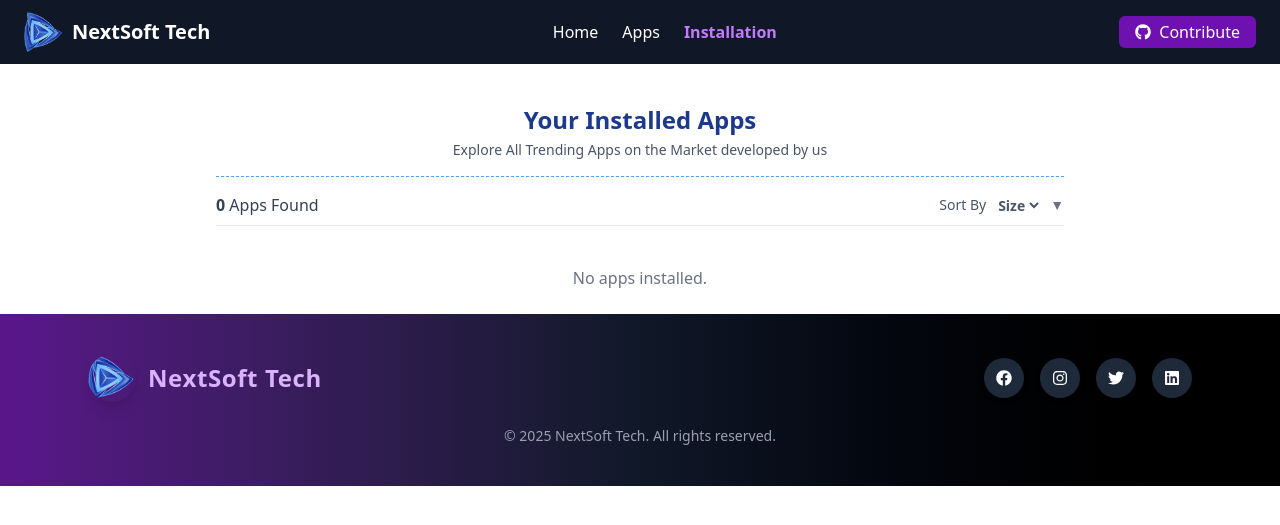
Repository: chayanatik1994/NextSoft
Page: /installation
The author's editor kept a copy of each file at every save. The page is drawn from the files as they stood at one save, then again after the next save.
The browser window is 1280 px wide. The pictures show the whole page.
The project was rebuilt for these pictures with package versions that can differ from the ones it lists, and the page was loaded fresh each time. Also part of the build but not shown: vite.config.js, src/Components/TrendingApps/TrendingApps.jsx, src/Pages/Home/Home.jsx, src/Pages/NotFoundPage/ErrorPage.jsx, src/Pages/AllAppsPage/AllAppsPage.jsx, src/Components/RatingChart.jsx, src/Components/AppDescription.jsx, src/Pages/AllAppsPage/AppDetails.jsx.

Above is the page before, as saved 2025-10-29 00:40:41.

### index.html
<!doctype html>
<html lang="en">
  <head>
    <meta charset="UTF-8" />
    <link rel="icon" type="image/svg+xml" href="/vite.svg" />
    <meta name="viewport" content="width=device-width, initial-scale=1.0" />
    <title>nextsoft</title>
  </head>
  <body>
    <div id="root"></div>
    <script type="module" src="/src/main.jsx"></script>
  </body>
</html>

### src/main.jsx
import { StrictMode } from 'react'
import { createRoot } from 'react-dom/client'
import './index.css'
import { router } from './Routes/Routes.jsx'
import { RouterProvider } from 'react-router';

createRoot(document.getElementById('root')).render(
  <StrictMode>
    <RouterProvider router={router} />
  </StrictMode>
)

### src/Routes/Routes.jsx
import React from "react";
import { createBrowserRouter } from "react-router";
import Root from "../Pages/Root/Root";
import Home from "../Pages/Home/Home";
import ErrorPage from "../Pages/NotFoundPage/ErrorPage";
import AllAppsPage from "../Pages/AllAppsPage/AllAppsPage";
import AppDetails from "../Pages/AllAppsPage/AppDetails";
import MyInstallations from "../Pages/MyInstallations";


export const router = createBrowserRouter([
  {
    path: "/",
    element: <Root />,
    errorElement: <ErrorPage />,
    children: [
      {
        index: true,
        loader: () => fetch("/appsData.json"),
        element: <Home />,
      },
      {
        path: "/apps",
        element: <AllAppsPage />,
      },
      {
        path: "/apps/:id",
        element: <AppDetails />,
      },
      {
        path: "/installation",
        element: <MyInstallations/>
      },
    ],
  },
]);

### src/Pages/Root/Root.jsx
import React, { useState, useEffect } from 'react';
import Header from '../../Components/Header/Footer/Header';
import Footer from '../../Components/Header/Footer/Footer';
import { Outlet } from 'react-router';
import SpinnerLoading from '../../Components/SpinnerLoading';


const Root = () => {
   const [loading, setLoading] = useState(true);
  useEffect(() => {
    setTimeout(() => {
        setLoading(false);
    }, 2000);
  }, []);

  return (
    <div className="flex flex-col min-h-screen bg-white">
      <Header />
        <main>
        {loading ? (
          <div className="flex justify-center items-center w-full h-screen">
              <SpinnerLoading />
          </div>
        ) : (
          <Outlet />
        )}
        </main>
      <Footer />
    </div>
  );
};

export default Root;

### src/Pages/MyInstallations.jsx
import React, { useEffect, useState } from "react";

const MyInstallations = () => {
  const [installedApps, setInstalledApps] = useState([]);
  const [loading, setLoading] = useState(true);
  const [error, setError] = useState(null);

  useEffect(() => {
    const fetchInstalledApps = async () => {
      try {
        // 1. LocalStorage se 'installedApps' array mein stored IDs fetch karein
        const storedAppIds = JSON.parse(localStorage.getItem("installedApps")) || [];

        // Agar koi ID nahi hai, toh loading band kar dein
        if (storedAppIds.length === 0) {
            setInstalledApps([]);
            setLoading(false);
            return;
        }
        const response = await fetch('/appsData.json');

        if (!response.ok) {
          throw new Error(`HTTP error! status: ${response.status}`);
        }

        const data = await response.json();
        const allApps = data.apps || [];
        const filteredApps = allApps.filter(app =>
            storedAppIds.some(storedApp => storedApp.id === app.id)
        );

        setInstalledApps(filteredApps);
      } catch (e) {
        console.error("Error fetching or parsing app data:", e);
        setError("Failed to load app data.");
      } finally {
        setLoading(false);
      }
    };

    fetchInstalledApps();
  }, []);

  const handleUninstall = (appId) => {
    // 1. State aur LocalStorage se app ko remove karein
    const updatedApps = installedApps.filter((app) => app.id !== appId);
    setInstalledApps(updatedApps);

    // 2. Installed Apps IDs ko LocalStorage mein update karein
    // Hum assume karte hain ki localStorage mein full app objects nahi, sirf IDs store hain
    // agar aapke purane code ki tarah full objects store hain, toh uss hisaab se logic badal dijiye.
    const storedApps = JSON.parse(localStorage.getItem("installedApps")) || [];
    const updatedStoredApps = storedApps.filter((app) => app.id !== appId);
    localStorage.setItem("installedApps", JSON.stringify(updatedStoredApps));

    alert("App uninstalled successfully!");
  };

  const renderStars = (rating) => (
    <span className="flex items-center text-yellow-500">
      <svg
          xmlns="http://www.w3.org/2000/svg"
          className="h-4 w-4 fill-current mr-1"
          viewBox="0 0 20 20"
          fill="currentColor">
          <path d="M9.049 2.927c.3-.921 1.603-.921 1.902 0l1.07 3.292a1 1 0 00.95.69h3.462c.969 0 1.371 1.24.588 1.81l-2.8 2.034a1 1 0 00-.364 1.118l1.07 3.292c.3.921-.755 1.688-1.54 1.118l-2.8-2.034a1 1 0 00-1.175 0l-2.8 2.034c-.784.57-1.838-.197-1.539-1.118l1.07-3.292a1 1 0 00-.364-1.118L2.98 8.721c-.783-.57-.381-1.81.588-1.81h3.461a1 1 0 00.951-.69l1.07-3.292z" />
      </svg>
      {rating}
    </span>
  );

  if (loading) {
    return <div className="p-6 max-w-4xl mx-auto text-center text-gray-500">Loading installed apps...</div>;
  }

  if (error) {
    return <div className="p-6 max-w-4xl mx-auto text-center text-red-500">Error: {error}</div>;
  }

  return (
    <div className="p-6 max-w-4xl mx-auto font-sans">
        {/* Header Section Matching Screenshot */}
        <div className="border-b border-dashed border-blue-400 pb-4 mb-4 pt-4 text-center">
            <h1 className="text-2xl font-extrabold mb-1 text-blue-900">Your Installed Apps</h1>
            <p className="text-gray-600 text-sm">Explore All Trending Apps on the Market developed by us</p>
        </div>

        {/* App Count and Sort Section */}
        <div className="flex justify-between items-center pb-2 border-b border-gray-200">
            <h2 className="text-base font-normal text-gray-700">
                <span className="font-bold">{installedApps.length}</span> Apps Found
            </h2>
            <div className="flex items-center space-x-2 text-sm text-gray-600">
                <span>Sort By</span>
                <select id="sort" className="border-none focus:outline-none bg-transparent font-semibold cursor-pointer">
                    <option>Size</option>
                </select>
                <span className="text-gray-500">▼</span>
            </div>
        </div>

        {/* List of Installed Apps */}
        {installedApps.length === 0 ? (
          <p className="text-center text-gray-500 mt-10">No apps installed.</p>
        ) : (
          <div className="space-y-0 divide-y divide-gray-100">
            {installedApps.map((app) => (
              <div
                key={app.id}
                className="bg-white py-4 flex items-center justify-between"
              >
                {/* App Details */}
                <div className="flex items-center space-x-4">
                    {/* Placeholder Icon/Image */}
                    <div className="w-10 h-10 bg-gray-200 rounded-lg flex-shrink-0"></div>

                    {/* App Info */}
                    <div>
                        <p className="font-medium text-base text-gray-800">{app.title}</p>
                        <div className="flex items-center space-x-3 text-sm text-gray-500">
                            <span className="flex items-center">{app.downloads}</span>
                            {renderStars(app.rating)}
                            <span>{app.size}</span>
                        </div>
                    </div>
                </div>

                {/* Uninstall Button */}
                <button
                  onClick={() => handleUninstall(app.id)}
                  className="px-4 py-1 text-sm bg-green-500 text-white rounded-md hover:bg-green-600 font-medium transition duration-150 flex-shrink-0"
                >
                  Uninstall
                </button>
              </div>
            ))}
          </div>
        )}
    </div>
  );
};

export default MyInstallations;

### src/Components/Header/Footer/Header.jsx
import React, { useState } from 'react';
import { NavLink } from 'react-router';

import logo from '../../../assets/logo.png';
import { FaBars, FaGithub, FaTimes } from 'react-icons/fa';

const Header = () => {
  const [menuOpen, setMenuOpen] = useState(false);

  return (
    <header className="bg-gray-900 text-white px-6 py-3 flex justify-between items-center">
      <div className="flex items-center gap-2 cursor-pointer" onClick={() => window.location.href = '/'}>
         <img src={logo} alt="Logo" className="w-10 h-10" />
        <h2 className="text-xl font-semibold">NextSoft Tech</h2>
      </div>

      <div className="md:hidden text-2xl cursor-pointer" onClick={() => setMenuOpen(!menuOpen)}>
        {menuOpen ? <FaTimes /> : <FaBars />}
      </div>

      {/* Navigation Links */}
      <nav className={`md:flex ${menuOpen ? 'flex flex-col' : 'hidden'} gap-4 md:gap-6`}>
        <NavLink to="/" className={({ isActive }) => isActive ? 'text-purple-400 font-semibold' : ''}>Home</NavLink>
            <NavLink to="/apps" className={({ isActive }) => isActive ? 'text-purple-400 font-semibold' : ''}>Apps</NavLink>
          <NavLink to="/installation" className={({ isActive }) => isActive ? 'text-purple-400 font-semibold' : ''}>Installation</NavLink>
      </nav>

      <a href="https://github.com/yourprofile" target="_blank" rel="noopener noreferrer" className="hidden md:block">
        <button className="bg-purple-800 px-4 py-1 rounded-md hover:bg-purple-700 flex items-center gap-2">
            <FaGithub /> Contribute
        </button>
      </a>
    </header>
  );
};

export default Header;

### src/Components/Header/Footer/Footer.jsx
import React from "react";
import { FaFacebook, FaInstagram, FaTwitter, FaLinkedin } from "react-icons/fa";
import logo from "../../../assets/logo.png";

const Footer = () => (
  <footer className="w-full bg-gradient-to-r from-purple-900 via-gray-900 to-black text-white py-10">
      <div className="max-w-6xl mx-auto px-6 flex flex-col md:flex-row justify-between items-center gap-6">

      {/* Logo & Name */}
      <div className="flex items-center gap-3">
        <img
            src={logo}
           alt="Logo"
          className="w-12 h-12 rounded-full shadow-lg object-cover"
        />
        <h2 className="text-xl md:text-2xl font-bold tracking-wide text-purple-300">
          NextSoft Tech
        </h2>
      </div>


      <div className="flex items-center gap-4">
        {[FaFacebook, FaInstagram, FaTwitter, FaLinkedin].map((Icon, idx) => (
          <div
               key={idx}
            className="w-10 h-10 flex items-center justify-center bg-gray-800 rounded-full hover:bg-purple-500 hover:text-white transition-all duration-300 shadow-md cursor-pointer"
          >
              <Icon />
          </div>
        ))}
      </div>
    </div>

    <div className="text-center text-gray-400 text-sm mt-6">
          © {new Date().getFullYear()} NextSoft Tech. All rights reserved.
    </div>
  </footer>
);

export default Footer;

### src/Components/SpinnerLoading.jsx
import React from 'react';

const SpinnerLoading = () => {
  return (
    <div className="flex flex-col gap-2">
      <span className="loading loading-ring loading-xs"></span>
    </div>
  );
};

export default SpinnerLoading;

Loaded but not shown: src/index.css (common file)

After the next save:
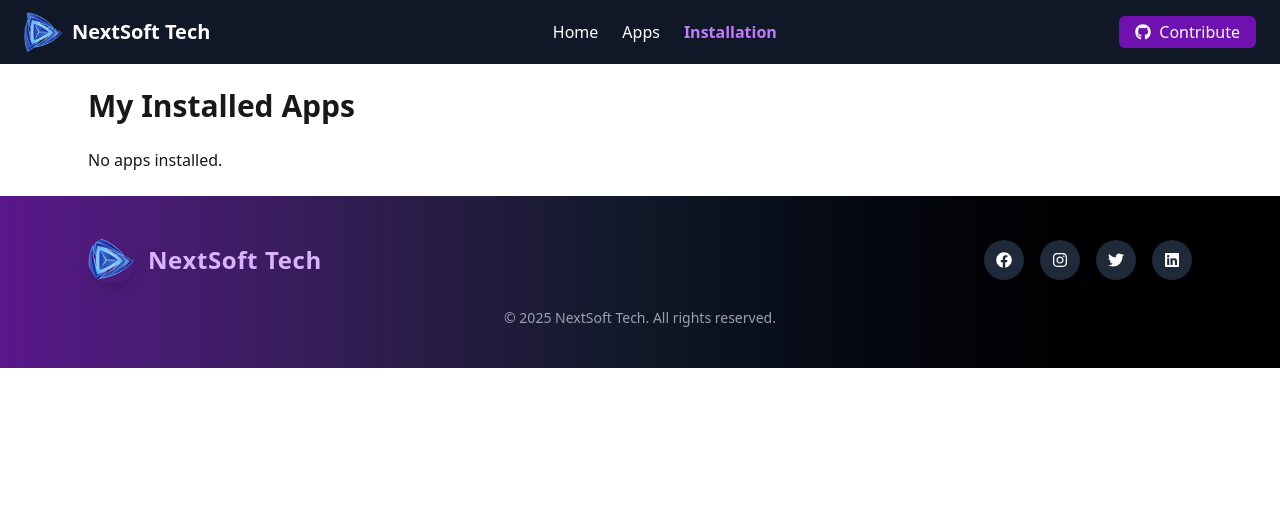
Saved 12 s later.
--- a/src/Pages/MyInstallations.jsx
+++ b/src/Pages/MyInstallations.jsx
@@ -2,140 +2,44 @@
 
 const MyInstallations = () => {
   const [installedApps, setInstalledApps] = useState([]);
-  const [loading, setLoading] = useState(true);
-  const [error, setError] = useState(null);
 
   useEffect(() => {
-    const fetchInstalledApps = async () => {
-      try {
-        // 1. LocalStorage se 'installedApps' array mein stored IDs fetch karein
-        const storedAppIds = JSON.parse(localStorage.getItem("installedApps")) || [];
-
-        // Agar koi ID nahi hai, toh loading band kar dein
-        if (storedAppIds.length === 0) {
-            setInstalledApps([]);
-            setLoading(false);
-            return;
-        }
-        const response = await fetch('/appsData.json');
-
-        if (!response.ok) {
-          throw new Error(`HTTP error! status: ${response.status}`);
-        }
-
-        const data = await response.json();
-        const allApps = data.apps || [];
-        const filteredApps = allApps.filter(app =>
-            storedAppIds.some(storedApp => storedApp.id === app.id)
-        );
-
-        setInstalledApps(filteredApps);
-      } catch (e) {
-        console.error("Error fetching or parsing app data:", e);
-        setError("Failed to load app data.");
-      } finally {
-        setLoading(false);
-      }
-    };
-
-    fetchInstalledApps();
+    const storedApps = JSON.parse(localStorage.getItem("installedApps")) || [];
+    setInstalledApps(storedApps);
   }, []);
 
   const handleUninstall = (appId) => {
-    // 1. State aur LocalStorage se app ko remove karein
     const updatedApps = installedApps.filter((app) => app.id !== appId);
+    localStorage.setItem("installedApps", JSON.stringify(updatedApps));
     setInstalledApps(updatedApps);
-
-    // 2. Installed Apps IDs ko LocalStorage mein update karein
-    // Hum assume karte hain ki localStorage mein full app objects nahi, sirf IDs store hain
-    // agar aapke purane code ki tarah full objects store hain, toh uss hisaab se logic badal dijiye.
-    const storedApps = JSON.parse(localStorage.getItem("installedApps")) || [];
-    const updatedStoredApps = storedApps.filter((app) => app.id !== appId);
-    localStorage.setItem("installedApps", JSON.stringify(updatedStoredApps));
-
     alert("App uninstalled successfully!");
   };
 
-  const renderStars = (rating) => (
-    <span className="flex items-center text-yellow-500">
-      <svg
-          xmlns="http://www.w3.org/2000/svg"
-          className="h-4 w-4 fill-current mr-1"
-          viewBox="0 0 20 20"
-          fill="currentColor">
-          <path d="M9.049 2.927c.3-.921 1.603-.921 1.902 0l1.07 3.292a1 1 0 00.95.69h3.462c.969 0 1.371 1.24.588 1.81l-2.8 2.034a1 1 0 00-.364 1.118l1.07 3.292c.3.921-.755 1.688-1.54 1.118l-2.8-2.034a1 1 0 00-1.175 0l-2.8 2.034c-.784.57-1.838-.197-1.539-1.118l1.07-3.292a1 1 0 00-.364-1.118L2.98 8.721c-.783-.57-.381-1.81.588-1.81h3.461a1 1 0 00.951-.69l1.07-3.292z" />
-      </svg>
-      {rating}
-    </span>
-  );
-
-  if (loading) {
-    return <div className="p-6 max-w-4xl mx-auto text-center text-gray-500">Loading installed apps...</div>;
-  }
-
-  if (error) {
-    return <div className="p-6 max-w-4xl mx-auto text-center text-red-500">Error: {error}</div>;
-  }
-
   return (
-    <div className="p-6 max-w-4xl mx-auto font-sans">
-        {/* Header Section Matching Screenshot */}
-        <div className="border-b border-dashed border-blue-400 pb-4 mb-4 pt-4 text-center">
-            <h1 className="text-2xl font-extrabold mb-1 text-blue-900">Your Installed Apps</h1>
-            <p className="text-gray-600 text-sm">Explore All Trending Apps on the Market developed by us</p>
-        </div>
-
-        {/* App Count and Sort Section */}
-        <div className="flex justify-between items-center pb-2 border-b border-gray-200">
-            <h2 className="text-base font-normal text-gray-700">
-                <span className="font-bold">{installedApps.length}</span> Apps Found
-            </h2>
-            <div className="flex items-center space-x-2 text-sm text-gray-600">
-                <span>Sort By</span>
-                <select id="sort" className="border-none focus:outline-none bg-transparent font-semibold cursor-pointer">
-                    <option>Size</option>
-                </select>
-                <span className="text-gray-500">▼</span>
+    <div className="p-6 max-w-6xl mx-auto">
+      <h1 className="text-3xl font-bold mb-6">My Installed Apps</h1>
+      <div className="grid grid-cols-3 gap-6">
+        {installedApps.length === 0 ? (
+          <p>No apps installed.</p>
+        ) : (
+          installedApps.map((app) => (
+            <div key={app.id} className="bg-white rounded-2xl shadow-md p-6 flex flex-col items-center">
+              <img
+                src={app.image}
+                alt={app.title}
+                className="w-full h-40 object-cover rounded-xl mb-4"
+              />
+              <h2 className="text-xl font-semibold">{app.title}</h2>
+              <button
+                onClick={() => handleUninstall(app.id)}
+                className="mt-4 px-8 py-2 bg-red-500 text-white rounded-lg hover:bg-red-600"
+              >
+                Uninstall
+              </button>
             </div>
-        </div>
-
-        {/* List of Installed Apps */}
-        {installedApps.length === 0 ? (
-          <p className="text-center text-gray-500 mt-10">No apps installed.</p>
-        ) : (
-          <div className="space-y-0 divide-y divide-gray-100">
-            {installedApps.map((app) => (
-              <div
-                key={app.id}
-                className="bg-white py-4 flex items-center justify-between"
-              >
-                {/* App Details */}
-                <div className="flex items-center space-x-4">
-                    {/* Placeholder Icon/Image */}
-                    <div className="w-10 h-10 bg-gray-200 rounded-lg flex-shrink-0"></div>
-
-                    {/* App Info */}
-                    <div>
-                        <p className="font-medium text-base text-gray-800">{app.title}</p>
-                        <div className="flex items-center space-x-3 text-sm text-gray-500">
-                            <span className="flex items-center">{app.downloads}</span>
-                            {renderStars(app.rating)}
-                            <span>{app.size}</span>
-                        </div>
-                    </div>
-                </div>
-
-                {/* Uninstall Button */}
-                <button
-                  onClick={() => handleUninstall(app.id)}
-                  className="px-4 py-1 text-sm bg-green-500 text-white rounded-md hover:bg-green-600 font-medium transition duration-150 flex-shrink-0"
-                >
-                  Uninstall
-                </button>
-              </div>
-            ))}
-          </div>
+          ))
         )}
+      </div>
     </div>
   );
 };
